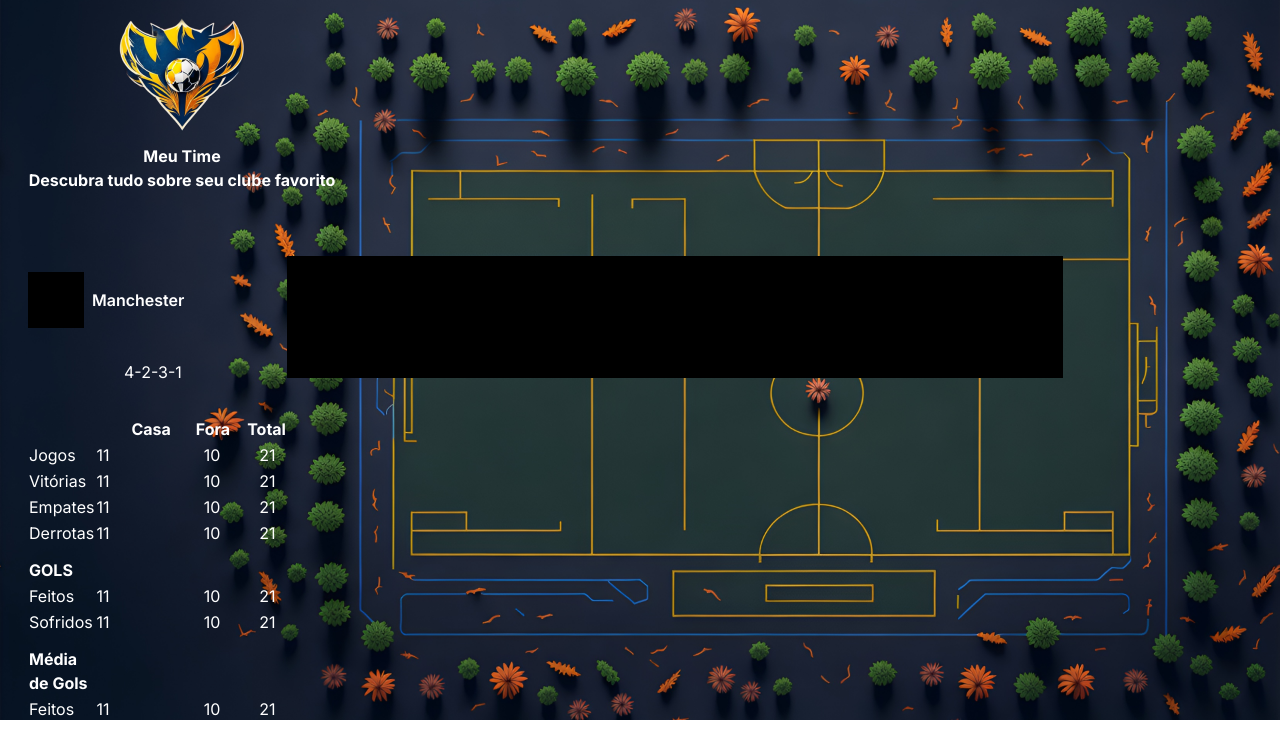
Repository: LuizAGDomingues/MeuTimeApp
Page: /statistics
These files come from the project's save history. The page is drawn as it stood at one moment and after the next save; the edit follows.
The browser window is 1280 px wide. The pictures show the whole page.
The project was rebuilt for these pictures with package versions that can differ from the ones it lists, and the page was loaded fresh each time. The framework's server and built-in components were replaced by stand-ins that run in the browser. Also part of the build but not shown: next.config.js.

Above is the page before, as saved 2023-05-26 14:24:02.

After the next save:
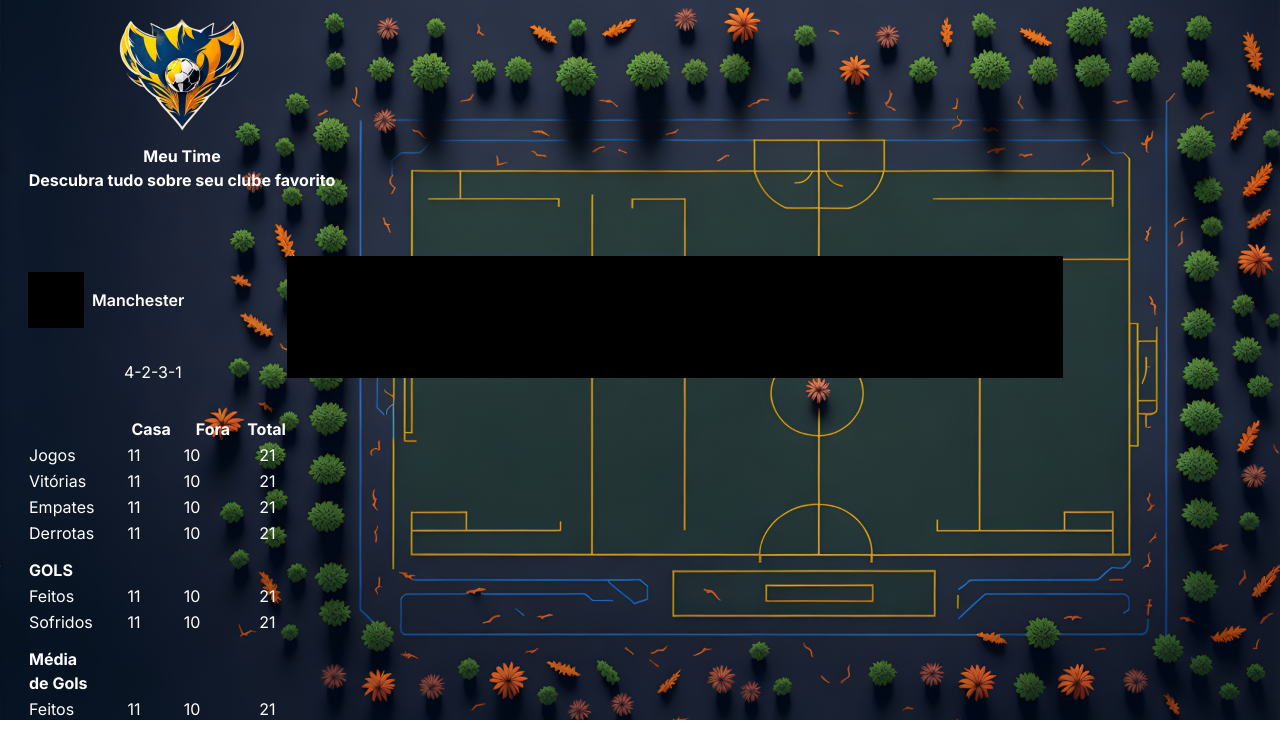
Saved 13 s later.
--- a/src/app/statistics/page.tsx
+++ b/src/app/statistics/page.tsx
@@ -72,26 +72,26 @@ function page() {
             <tbody>
               <tr>
                 <td>Jogos</td>
-                <td className="pl-">11</td>
-                <td className="pl-8">10</td>
+                <td className="pl-8">11</td>
+                <td className="pl-3">10</td>
                 <td className="pl-7">21</td>
               </tr>
               <tr>
                 <td>Vitórias</td>
-                <td className="pl-">11</td>
-                <td className="pl-8">10</td>
+                <td className="pl-8">11</td>
+                <td className="pl-3">10</td>
                 <td className="pl-7">21</td>
               </tr>
               <tr>
                 <td>Empates</td>
-                <td className="pl-">11</td>
-                <td className="pl-8">10</td>
+                <td className="pl-8">11</td>
+                <td className="pl-3">10</td>
                 <td className="pl-7">21</td>
               </tr>
               <tr>
                 <td>Derrotas</td>
-                <td className="pl-">11</td>
-                <td className="pl-8">10</td>
+                <td className="pl-8">11</td>
+                <td className="pl-3">10</td>
                 <td className="pl-7">21</td>
               </tr>
 
@@ -100,14 +100,14 @@ function page() {
               </tr>
               <tr>
                 <td>Feitos</td>
-                <td className="pl-">11</td>
-                <td className="pl-8">10</td>
+                <td className="pl-8">11</td>
+                <td className="pl-3">10</td>
                 <td className="pl-7">21</td>
               </tr>
               <tr>
                 <td>Sofridos</td>
-                <td className="pl-">11</td>
-                <td className="pl-8">10</td>
+                <td className="pl-8">11</td>
+                <td className="pl-3">10</td>
                 <td className="pl-7">21</td>
               </tr>
 
@@ -116,14 +116,14 @@ function page() {
               </tr>
               <tr>
                 <td>Feitos</td>
-                <td className="pl-">11</td>
-                <td className="pl-8">10</td>
+                <td className="pl-8">11</td>
+                <td className="pl-3">10</td>
                 <td className="pl-7">21</td>
               </tr>
               <tr>
                 <td>Sofridos</td>
-                <td className="pl-">11</td>
-                <td className="pl-8">10</td>
+                <td className="pl-8">11</td>
+                <td className="pl-3">10</td>
                 <td className="pl-7">21</td>
               </tr>
             </tbody>
